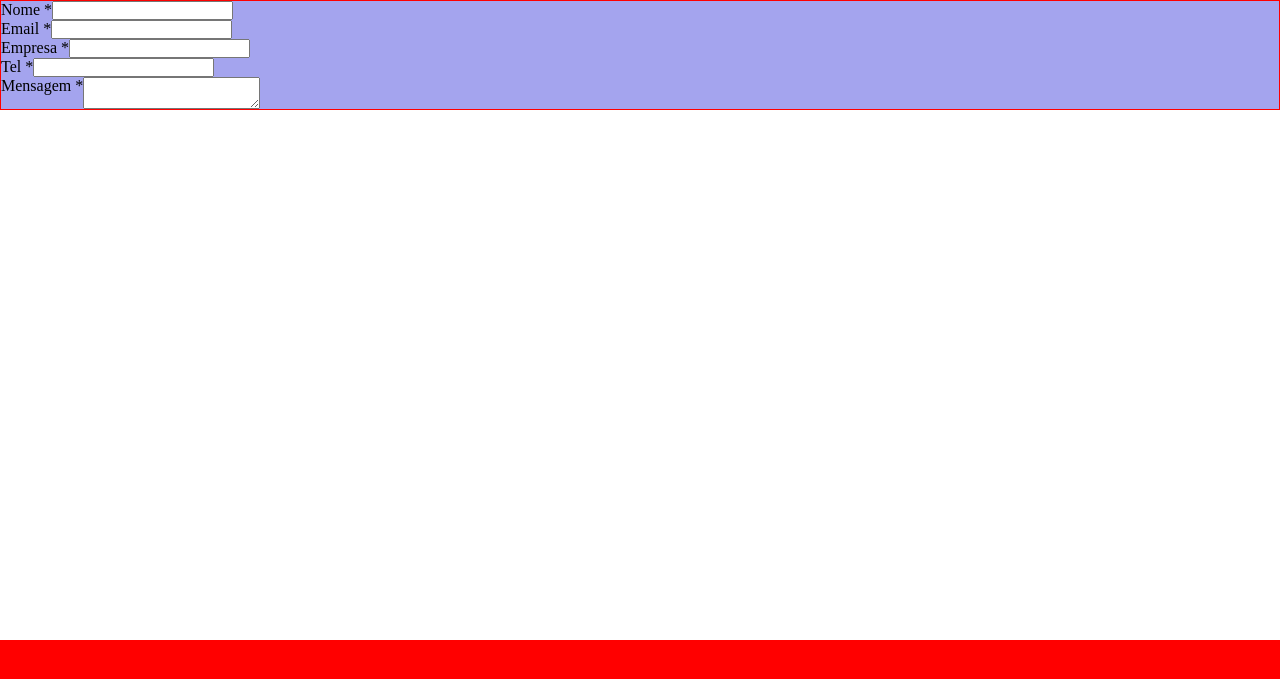
Repository: ecrseer/contatenos-html-js
Page: contatenos.html
These files come from the project's save history. The page is drawn as it stood at one moment and after the next save; the edit follows.
The browser window is 1280 px wide. The pictures show the whole page.

Above is the page before, as saved 2021-12-27 14:44:51.

After the next save:
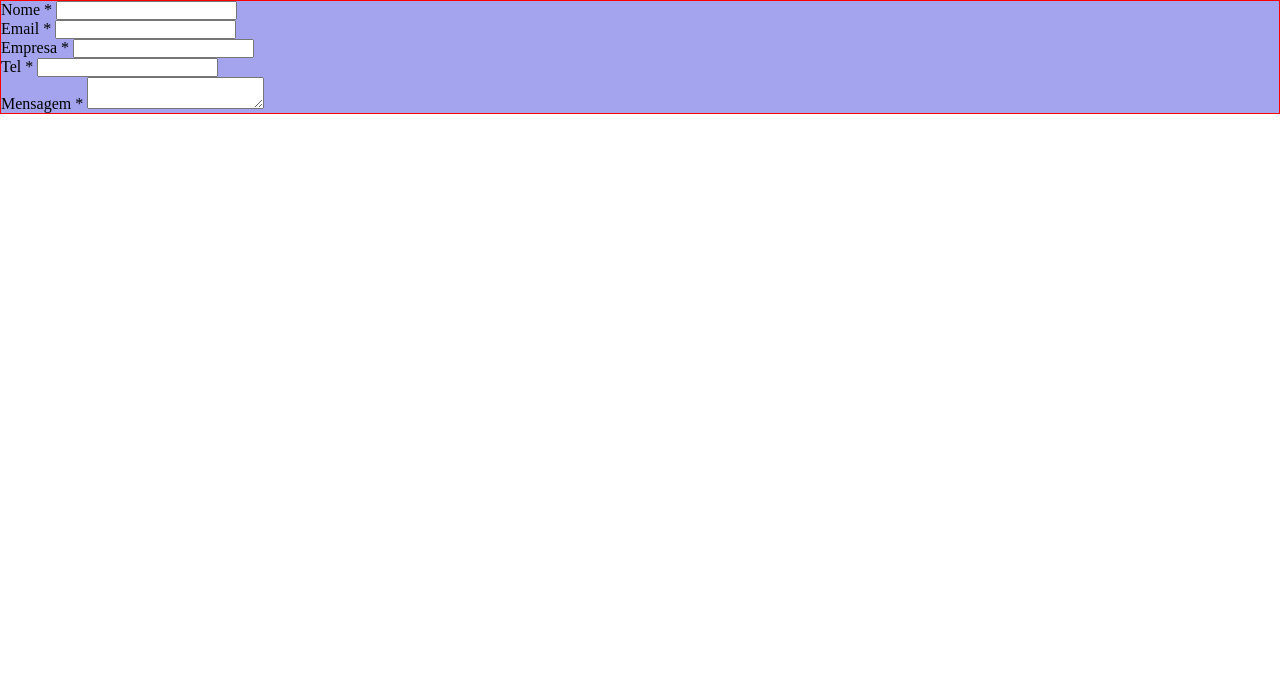
Saved 6 min 54 s later.
--- a/contatenos.css
+++ b/contatenos.css
@@ -7,7 +7,7 @@
     width: 100%;
     height: 100%;
 }
-.input{
+.inputdiv
     display: flex;
     width: 50%;
 }

After the 4 saves that followed:
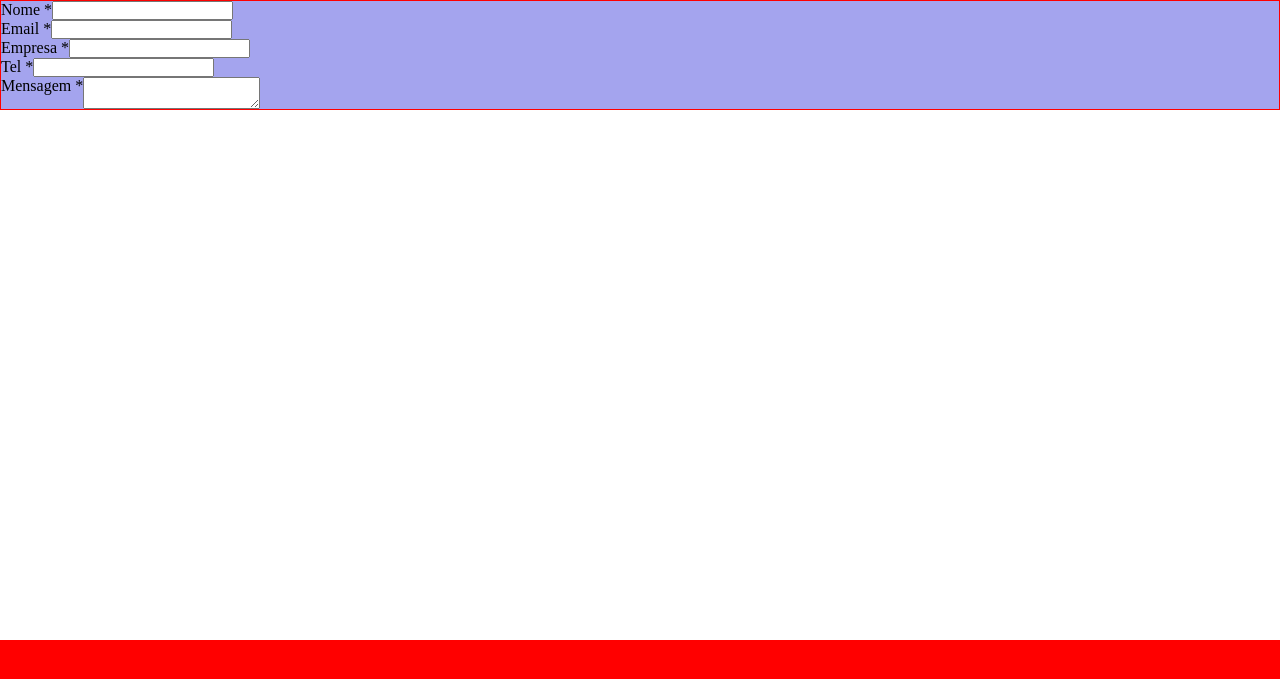
The 4 saves are shown as one change because 1 left the picture as it was and some came seconds apart.
The last was saved 23 s later.
--- a/contatenos.html
+++ b/contatenos.html
@@ -14,23 +14,23 @@
 
     <main class="main">
         <form action="enviar" method="post">
-            <div class="input">
+            <div class="inputdiv">
                 <label for="Nome">Nome *</label>
                 <input type="text">
             </div>
-            <div class="input">
+            <div class="inputdiv">
                 <label for="Email">Email *</label>
                 <input type="email">
             </div>
-            <div class="input">
+            <div class="inputdiv">
                 <label for="Empresa">Empresa *</label>
                 <input type="text">
             </div>
-            <div class="input">
+            <div class="inputdiv">
                 <label for="Tel">Tel *</label>
                 <input type="text">
             </div>
-            <div class="input">
+            <div class="inputdiv">
                 <label for="Tel">Mensagem *</label>
                 <textarea></textarea>
             </div>
--- a/contatenos.css
+++ b/contatenos.css
@@ -7,9 +7,9 @@
     width: 100%;
     height: 100%;
 }
-.inputdiv
+.inputdiv{
     display: flex;
-    width: 50%;
+    flex
 }
 .bottomnav{
     background: red;
